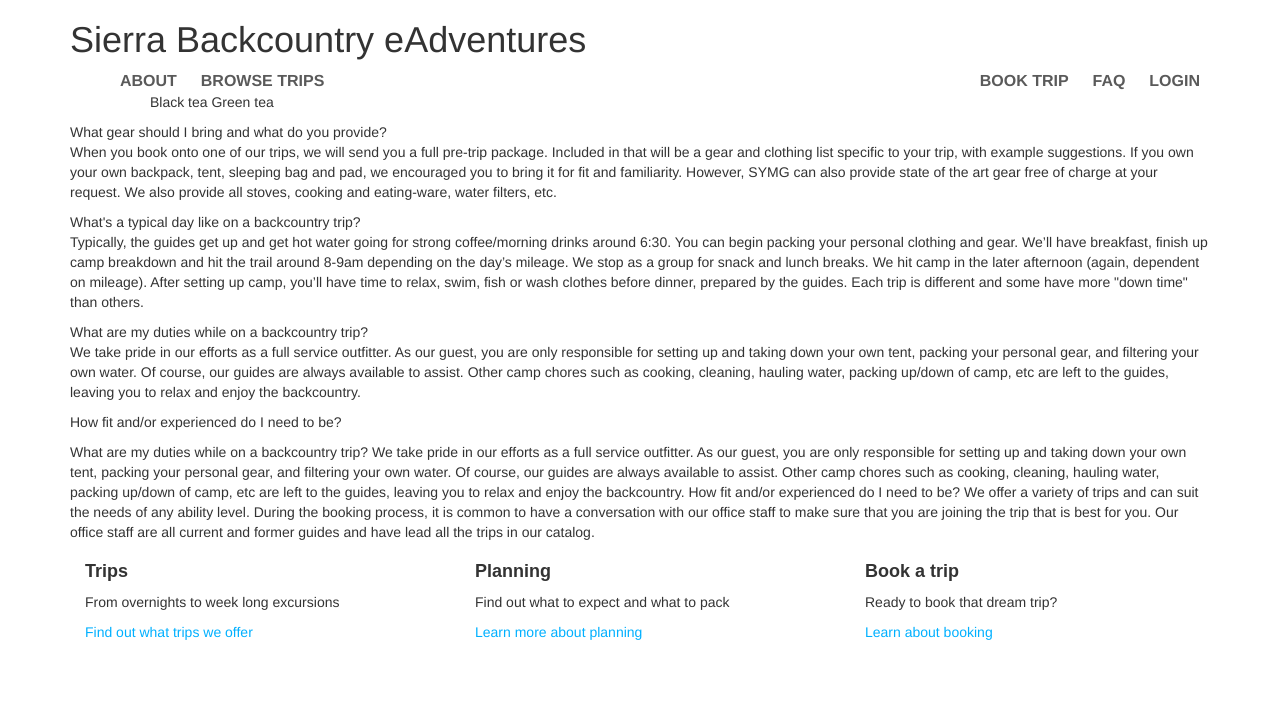
Repository: nageek17/eadventures
Page: http://localhost/support.php
The author's editor kept a record of every edit. The page is drawn from the files as they stood at one moment, then again after the next edit.
The browser window is 1280 px wide. The pictures show the whole page.
Some web libraries are served in a nearby version. The page is run by PHP 8.4 with error messages shown; the project is at /var/www/html/.

Above is the page before.
Console error (its wording comes from the project's code and is left out).

After the next edit:
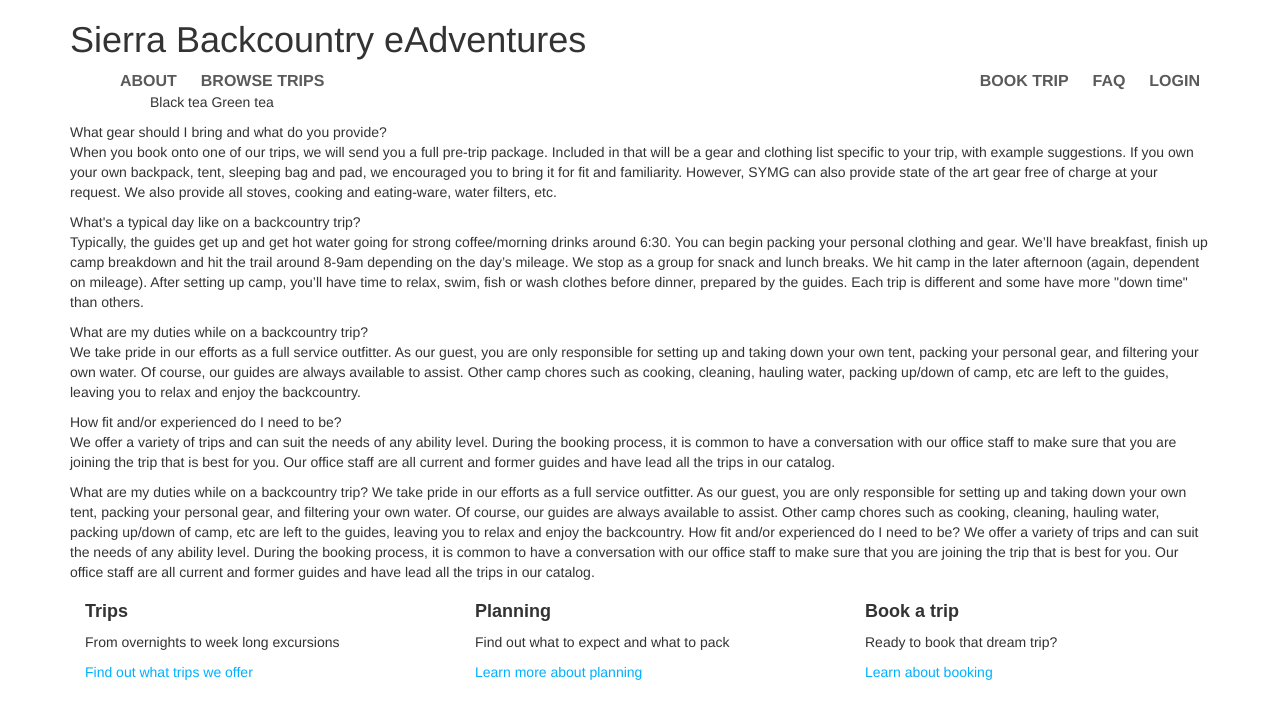
The edit:
--- a/support.php
+++ b/support.php
@@ -18,6 +18,8 @@
 </p>
 
 <p>How fit and/or experienced do I need to be?</br>
+We offer a variety of trips and can suit the needs of any ability level. During the booking process, it is common to have a conversation with our office staff to make sure that you are joining the trip that is best for you. Our office staff are all current and former guides and have lead all the trips in our catalog.
+
 </p>
 
 What are my duties while on a backcountry trip?
